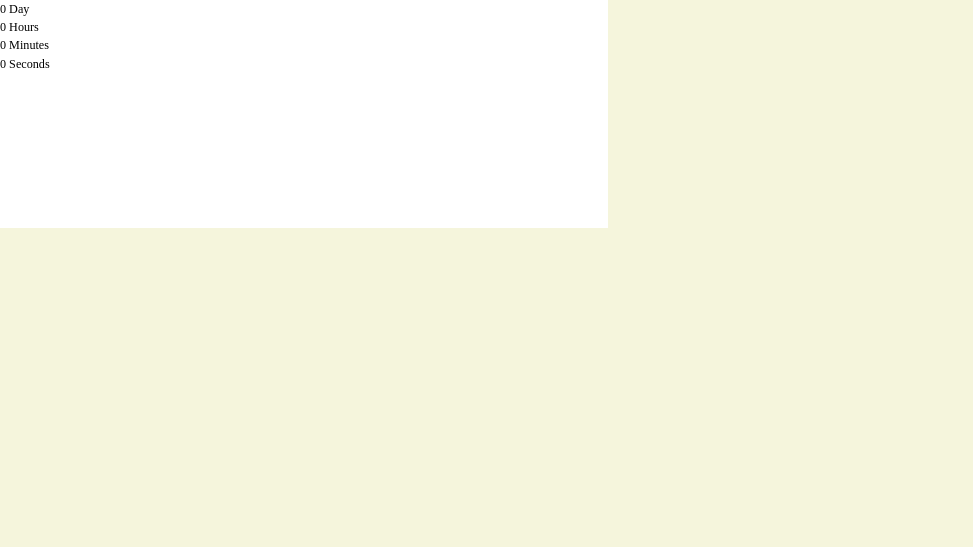
Repository: tienbkvn0605/counddown-demo
Page: index.html
An editor plug-in stored every save of this project. The page is shown before and after the next save, followed by the edit.
The browser window is 1280 px wide. The pictures show the whole page, at 76% of full size.

Above is the page before, as saved 2022-10-04 23:22:02.

### index.html
<!DOCTYPE html>
<html lang="en">
  <head>
    <meta charset="UTF-8" />
    <meta http-equiv="X-UA-Compatible" content="IE=edge" />
    <meta name="viewport" content="width=device-width, initial-scale=1.0" />
    <link rel="stylesheet" href="resetcss.css" />
    <link rel="stylesheet" href="style.css" />
    <title>Document</title>
  </head>
  <body>
    <ul class="countdown">
      <li>
        <span class="number days">0</span>
        <span class="text">Day</span>
      </li>
      <li>
        <span class="number hours">0</span>
        <span class="text">Hours</span>
      </li>
      <li>
        <span class="number minutes">0</span>
        <span class="text">Minutes</span>
      </li>
      <li>
        <span class="number seconds">0</span>
        <span class="text">Seconds</span>
      </li>
    </ul>
  </body>
  <script src="app.js"></script>
</html>

### resetcss.css
*,
*::before,
*::after {
  box-sizing: border-box;
}
* {
  margin: 0;
  padding: 0;
  font: inherit;
}
body {
  line-height: 1.5;
}
img,
picture,
video,
canvas,
svg {
  display: block;
  max-width: 100%;
}
input,
button,
textarea,
select {
  outline: none;
}
p,
h1,
h2,
h3,
h4,
h5,
h6 {
  overflow-wrap: break-word;
}

### style.css
body {
  background-color: beige;
}
.countdown {
  width: 800px;
  height: 300px;
  margin: top auto;
  background-color: white;
}
ul {
  list-style: none;
}

Loaded but not shown: app.js (no copy from this time; the picture is the same without it)

After the next save:
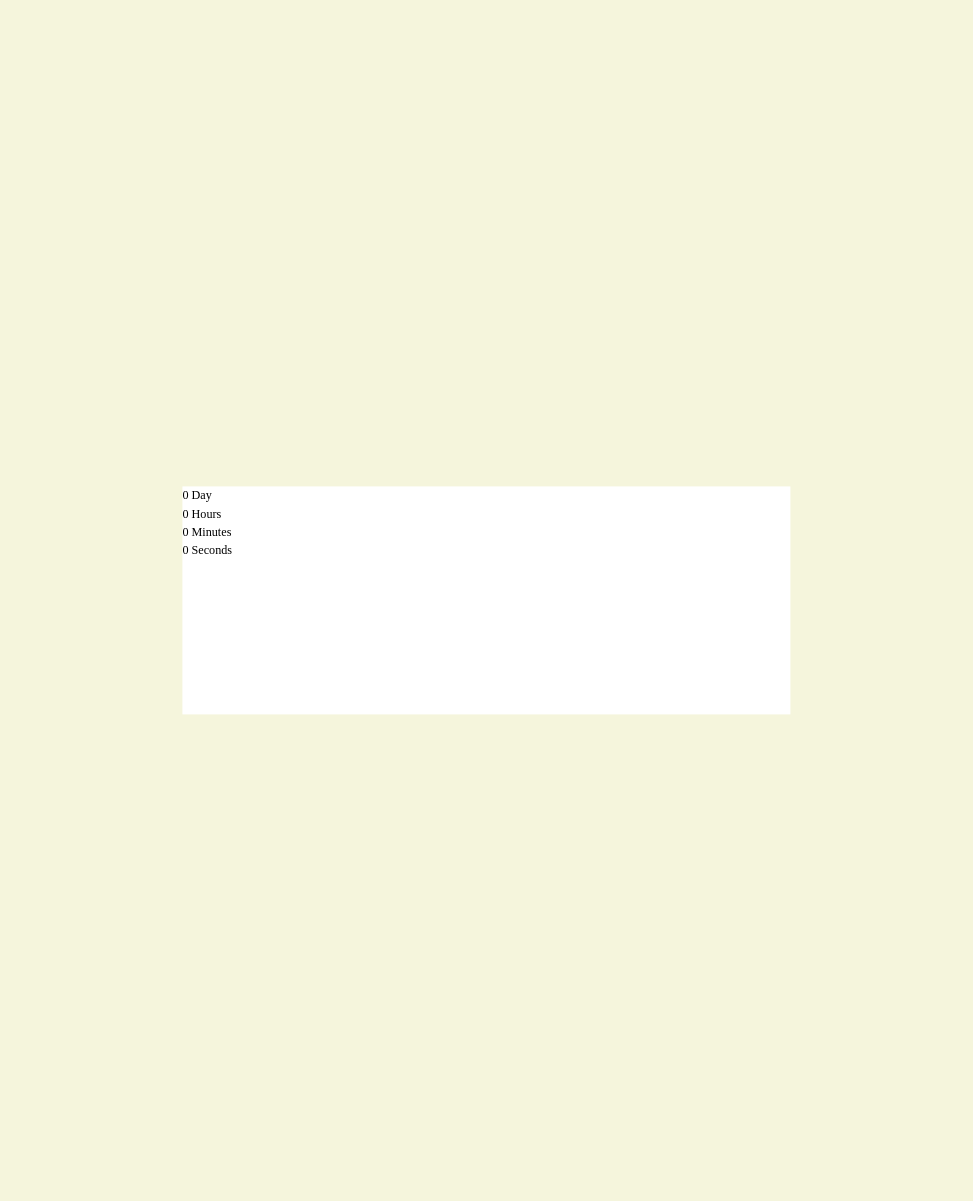
Saved 6 s later.
--- a/style.css
+++ b/style.css
@@ -4,7 +4,7 @@ body {
 .countdown {
   width: 800px;
   height: 300px;
-  margin: top auto;
+  margin: 50% auto;
   background-color: white;
 }
 ul {
